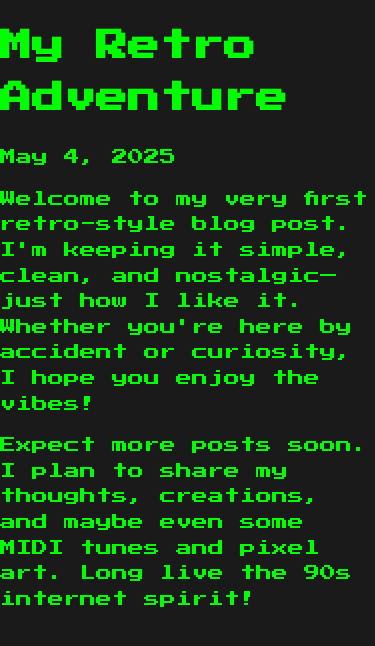
Repository: archarddeity/blog
Page: index.html
An editor plug-in stored every save of this project. The page is shown before and after the next save, followed by the edit.
The browser window is 375 px wide. The pictures show the whole page.

Above is the page before, as saved 2025-05-04 17:39:25.

### index.html
<!DOCTYPE html>
<html lang="en">
<head>
  <meta charset="UTF-8" />
  <meta name="viewport" content="width=device-width, initial-scale=1.0"/>
  <title>My Retro Blog Post</title>
  <link rel="stylesheet" href="style.css" />
  <link href="https://fonts.googleapis.com/css2?family=Press+Start+2P&display=swap" rel="stylesheet">
</head>
<body>
  <div class="post-container">
    <h1 class="post-title">My Retro Adventure</h1>
    <p class="post-date">May 4, 2025</p>
    <div class="post-content">
      <p>
        Welcome to my very first retro-style blog post. I'm keeping it simple, clean, and nostalgic—
        just how I like it. Whether you're here by accident or curiosity, I hope you enjoy the vibes!
      </p>
      <p>
        Expect more posts soon. I plan to share my thoughts, creations, and maybe even some MIDI tunes and pixel art.
        Long live the 90s internet spirit!
      </p>
    </div>
  </div>
</body>
</html>

### style.css
/* Retro Color Palette */
:root {
    --bg: #1a1a1a;
    --text: #00ff00;
    --accent: #ff00ff;
    --nav-bg: #333;
    --post-bg: #222;
  }

  * {
    box-sizing: border-box;
  }

  body {
    margin: 0;
    padding: 0;
    background-color: var(--bg);
    color: var(--text);
    font-family: 'Press Start 2P', monospace;
    line-height: 1.6;
  }

  .container {
    max-width: 900px;
    margin: auto;
    padding: 1rem;
  }

  header {
    text-align: center;
    margin-bottom: 2rem;
  }

  header h1 {
    font-size: 1.5rem;
    color: var(--accent);
  }

  .tagline {
    font-size: 0.75rem;
  }

  nav {
    background-color: var(--nav-bg);
    display: flex;
    flex-wrap: wrap;
    justify-content: center;
    gap: 1rem;
    padding: 1rem;
    margin-bottom: 2rem;
  }

  nav a {
    color: var(--text);
    text-decoration: none;
    padding: 0.5rem;
    background-color: var(--post-bg);
    border: 2px solid var(--accent);
  }

  main article {
    background-color: var(--post-bg);
    border: 2px solid var(--accent);
    padding: 1rem;
    margin-bottom: 2rem;
  }

  article h2 {
    font-size: 1rem;
    margin-bottom: 0.5rem;
  }

  footer {
    text-align: center;
    font-size: 0.75rem;
    margin-top: 3rem;
    border-top: 2px solid var(--accent);
    padding-top: 1rem;
  }

  /* Responsive Tweaks */
  @media (max-width: 600px) {
    header h1 {
      font-size: 1rem;
    }

    nav {
      flex-direction: column;
    }

    nav a {
      display: block;
      width: 100%;
      text-align: center;
    }

    article h2 {
      font-size: 0.9rem;
    }
  }

After the next save:
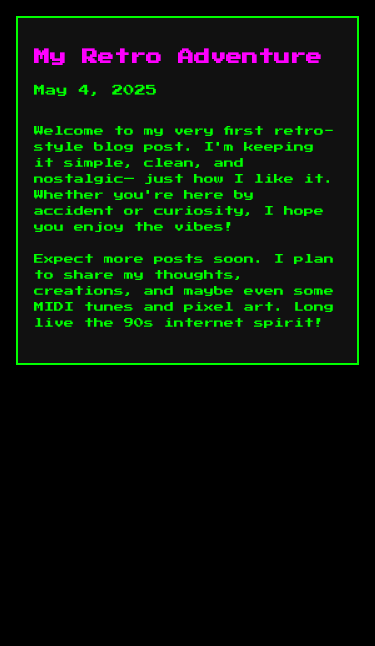
Saved 8 s later.
--- a/style.css
+++ b/style.css
@@ -1,10 +1,9 @@
-/* Retro Color Palette */
+/* Retro Colors */
 :root {
-    --bg: #1a1a1a;
+    --bg: #000000;
     --text: #00ff00;
     --accent: #ff00ff;
-    --nav-bg: #333;
-    --post-bg: #222;
+    --border: #00ff00;
   }
 
   * {
@@ -17,84 +16,46 @@
     background-color: var(--bg);
     color: var(--text);
     font-family: 'Press Start 2P', monospace;
+    font-size: 12px;
     line-height: 1.6;
   }
 
-  .container {
-    max-width: 900px;
-    margin: auto;
-    padding: 1rem;
+  .post-container {
+    max-width: 700px;
+    margin: 2rem auto;
+    padding: 2rem;
+    border: 2px solid var(--border);
+    background-color: #111;
   }
 
-  header {
-    text-align: center;
-    margin-bottom: 2rem;
-  }
-
-  header h1 {
-    font-size: 1.5rem;
+  .post-title {
+    font-size: 1.2rem;
     color: var(--accent);
-  }
-
-  .tagline {
-    font-size: 0.75rem;
-  }
-
-  nav {
-    background-color: var(--nav-bg);
-    display: flex;
-    flex-wrap: wrap;
-    justify-content: center;
-    gap: 1rem;
-    padding: 1rem;
-    margin-bottom: 2rem;
-  }
-
-  nav a {
-    color: var(--text);
-    text-decoration: none;
-    padding: 0.5rem;
-    background-color: var(--post-bg);
-    border: 2px solid var(--accent);
-  }
-
-  main article {
-    background-color: var(--post-bg);
-    border: 2px solid var(--accent);
-    padding: 1rem;
-    margin-bottom: 2rem;
-  }
-
-  article h2 {
-    font-size: 1rem;
     margin-bottom: 0.5rem;
   }
 
-  footer {
-    text-align: center;
-    font-size: 0.75rem;
-    margin-top: 3rem;
-    border-top: 2px solid var(--accent);
-    padding-top: 1rem;
+  .post-date {
+    font-size: 0.7rem;
+    color: var(--text);
+    margin-bottom: 1.5rem;
   }
 
-  /* Responsive Tweaks */
+  .post-content p {
+    margin-bottom: 1rem;
+  }
+
+  /* Mobile tweaks */
   @media (max-width: 600px) {
-    header h1 {
+    body {
+      font-size: 10px;
+    }
+
+    .post-container {
+      margin: 1rem;
+      padding: 1rem;
+    }
+
+    .post-title {
       font-size: 1rem;
     }
-
-    nav {
-      flex-direction: column;
-    }
-
-    nav a {
-      display: block;
-      width: 100%;
-      text-align: center;
-    }
-
-    article h2 {
-      font-size: 0.9rem;
-    }
   }
